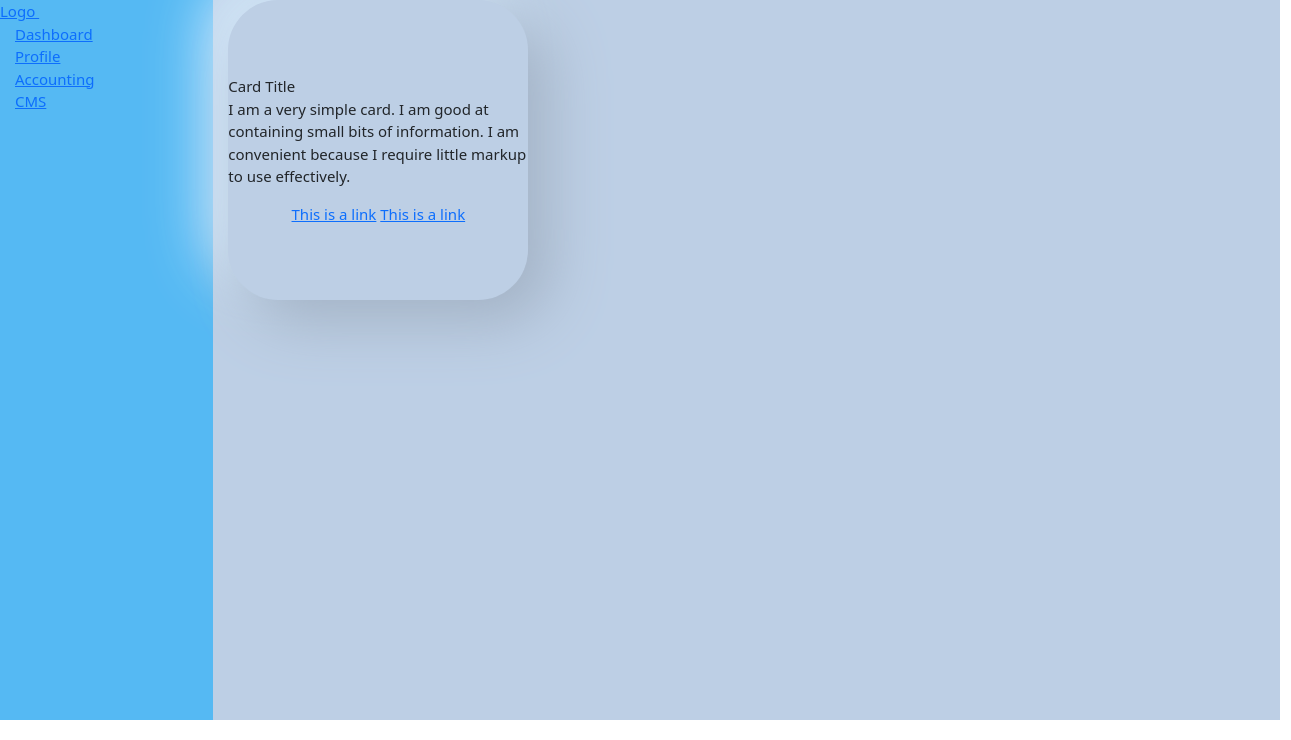
Repository: latenightsnacc/AllinOne
Page: Design/index.html
An editor plug-in stored every save of this project. The page is shown before and after the next save, followed by the edit.
The browser window is 1280 px wide. The page is 1291 px wide, so the pictures cover 1291 px, including what lies to the right of the window. The pictures show the whole page.
The style sheet was rebuilt from its Sass, Less or Tailwind sources for each picture, by a compiler version that may differ from the author's.

Above is the page before, as saved 2020-09-15 16:49:15.

After the next save:
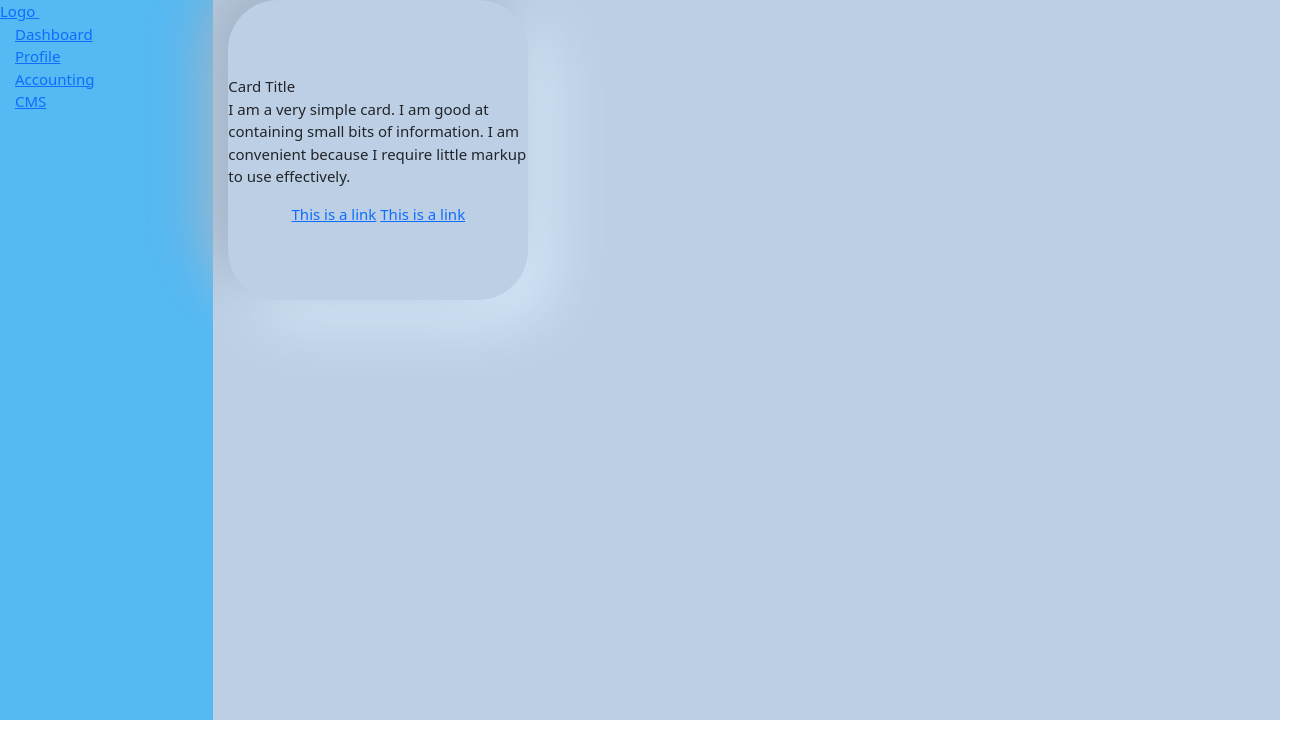
Saved 50 s later.
--- a/Design/_variables.scss
+++ b/Design/_variables.scss
@@ -3,7 +3,7 @@
 $grey: #bdcfe5;
 $borderR: 50px;
 $Brb: 50px;
-$bsGrey:  20px 20px 60px #a1b0c3,
--20px -20px 60px #d9eeff;
+$bsGrey:  -20px -20px 60px #a1b0c3,
+20px 20px 60px #d9eeff;
 $bsBlue:  20px 20px 60px #489dcf,
 -20px -20px 60px #62d5ff;
